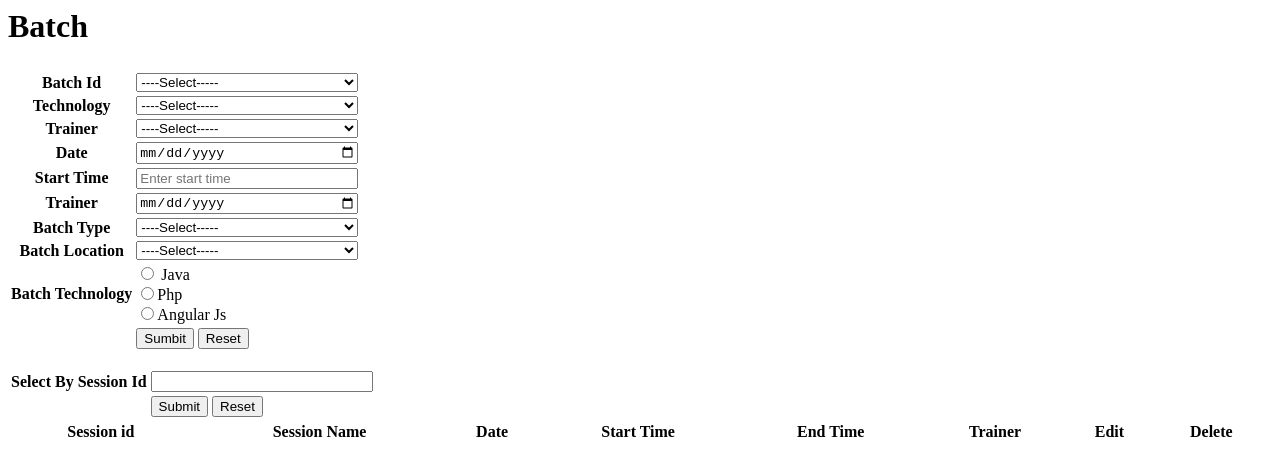
Repository: Dipak27/Dipak-s-front-end
Page: http://localhost/Traning_Management/sessioncreate.jsp
An editor plug-in stored every save of this project. The page is shown before and after the next save, followed by the edit.
The browser window is 1280 px wide. The pictures show the whole page.
The page is served by Tomcat 9. Other server files are loaded and not shown.

Above is the page before, as saved 2016-11-10 03:58:21.
Console error: ReferenceError: mainApp is not defined

### Training Management Project/Traning_Management/src/main/webapp/sessioncreate.jsp
	<!-- CONTENTS START -->

	<script>
	mainApp.controller('myCtrl', function($scope, $http) {
		$scope.msg="hello";
		$scope.employee={empId:null,empEmailId:"",empName:"",empLocation:""};
		$scope.fetchData=function()
		{
			 $http.get("http://localhost:8808/TrainingManagementSystem/employee/list")
			  .then(function(response) {
				  alert("response called...");
			      $scope.myWelcome = response.data;
			  });
		}
		 $scope.myMethod=function(){
			alert("method called...");
			 $http.post("http://localhost:8808/TrainingManagementSystem/employee/create/",$scope.employee)
			  .then(function(response) {
				  alert("response called...");
				  $scope.fetchData();
			      $scope.myWelcome = response.data;
			  });
		}


	});

	</script>
		<div class="container_24">
			<div class="grid_24">

				<div class="contents">

					<div class="padding_20">
						<h1>Batch</h1>
					</div>
						<div class="grid_6 alpha">

								<div class="padding_20 text-justify" ng-controller="">
									<form ng-submit="myMethod()">
									<table class="form-table" style="width:auto">
										<tr>
                        						<td><input type="hidden" ng-model="batch.batchId"></td>
                        					</tr>
                        					<tr>
												<th>
														Batch Id
												</th>
												<td>
													<select id="select1"  class="validate[required]" ng-model="employee.empLocation" style="width:120%"  >
													<option value="null">----Select-----</option>
                                        			<option value="Technical">Technical</option>
                                        			<option value="softskill">Soft Skill</option>
                                        			</select>												</td>

											</tr>

												<tr>
												<th>
														Technology
												</th>
												<td>
													<select id="select1"  class="validate[required]" ng-model="employee.empLocation" style="width:120%"  >
													<option value="null">----Select-----</option>
                                        			<option value="Technical">Technical</option>
                                        			<option value="softskill">Soft Skill</option>
                                        			</select>											</td>

											</tr>
												<tr>
												<th>
														Trainer
												</th>
												<td>
													<select id="select1"  class="validate[required]" ng-model="employee.empLocation" style="width:120%"  >
													<option value="null">----Select-----</option>
                                        			<option value="Technical">Technical</option>
                                        			<option value="softskill">Soft Skill</option>

													</select>
												</td>

											</tr>

												<tr>
												<th>
														Date
												</th>
												<td>
													<input id="batchenddate" type="date"  class="validate[required]" ng-model="employee.empEmailId" style="width:120%" placeholder="Enter new email id" value=""  />
												</td>

											</tr>
												<tr>
												<th>
														Start Time
												</th>
												<td>
														<input id="sessionstarttime" type="text"  class="validate[required]" ng-model="" style="width:120%" placeholder="Enter start time" value=""  />

												</td>

											</tr>
												<tr>
												<th>
														Trainer
												</th>
												<td>
													<input id="batchenddate" type="date"  class="validate[required]" ng-model="employee.empEmailId" style="width:120%" placeholder="Enter new email id" value=""  />
												</td>

											</tr>

										<tr>
											<th>
												Batch Type
											</th>
											<td>
												<select id="select1"  class="validate[required]" ng-model="employee.empLocation" style="width:120%"  >
													<option value="null">----Select-----</option>
                                        			<option value="Technical">Technical</option>
                                        			<option value="softskill">Soft Skill</option>

												</select>
											</td>
										</tr>
										<tr>
											<th>
												Batch Location
											</th>
											<td>
												<select id="select1"  class="validate[required]" ng-model="employee.empLocation" style="width:120%"  >
													<option value="null">----Select-----</option>
                                        			<option value="pune">Pune</option>
                                        			<option value="hyderabad">Hyderabad</option>
                                        			<option value="gandhinagar">Gandinagar</option>

												</select>
											</td>
										</tr>
										<tr>
												<th>
														Batch Technology
												</th>
												<td>
													<input type="radio" name="technology" value="java"> Java<br>
  													<input type="radio" name="technology" value="php">Php<br>
  													<input type="radio" name="technology" value="angularjs">Angular Js<br>
												</td>

											</tr>
										<tr>
											<th>
												&nbsp;
											</th>
											<td>
												<input id="Submit1" type="submit" value="Sumbit"  />
												<input id="Reset1" type="reset" value="Reset" onclick="this.form.clear();" />
											</td>
										</tr>

									</table>
								</form>
							</div>

						</div>

						<div class="grid_28 omega">

							<div class="padding_20 text-justify" ng-controller="">
								<form id="frmMain"  class="frmMain" action="#" method="post">
									<table class="form-table" style="width:auto">

											<tr>
												<th>
													Select By Session Id
												</th>
												<td><input type="text" class="validate[required]" name="title" style="width:120%" value=""></td>

											</tr>

										<tr>
											<th>
												&nbsp;
											</th>
											<td>
												<input id= "Submit1" type="submit" value="Submit"/>
												<input id="Reset1" type="reset" value="Reset" onclick="this.form.clear();" />
										</td>
										</tr>


												<table border='0' width='100%' class='table11'>
												<tr>
														<th>Session id</th>
														<th>Session Name</th>
														<th>Date</th>
														<th>Start Time</th>
														<th>End Time</th>
														<th>Trainer</th>
														<th>Edit</th>
														<th>Delete</th>

												</tr>


													<tr>

														<td></td>
														<td></td>
														<td></td>
														<td></td>
														<td></td>
														<td></td>


														</tr>

												     </table>

												<script type='text/javascript'>alert('Records Not Found')</script>

									</table>
								</form>
							</div>

						</div>


					<div class="clear"></div>
				</div>
			</div>
		</div>
		<div class="clear"> </div>

		<!-- CONTENTS END -->

After the next save:
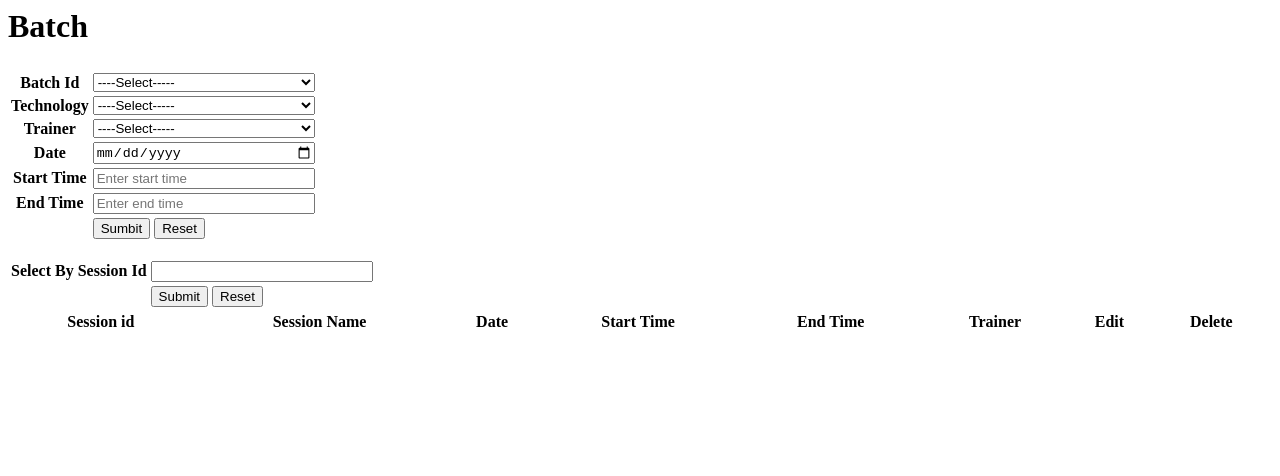
Saved 108 s later.
--- a/Training Management Project/Traning_Management/src/main/webapp/sessioncreate.jsp
+++ b/Training Management Project/Traning_Management/src/main/webapp/sessioncreate.jsp
@@ -47,10 +47,9 @@
 														Batch Id
 												</th>
 												<td>
-													<select id="select1"  class="validate[required]" ng-model="employee.empLocation" style="width:120%"  >
+													<select id="select1"  class="validate[required]" ng-model="" style="width:120%"  >
 													<option value="null">----Select-----</option>
-                                        			<option value="Technical">Technical</option>
-                                        			<option value="softskill">Soft Skill</option>
+
                                         			</select>												</td>
 
 											</tr>
@@ -60,10 +59,8 @@
 														Technology
 												</th>
 												<td>
-													<select id="select1"  class="validate[required]" ng-model="employee.empLocation" style="width:120%"  >
+													<select id="select1"  class="validate[required]" ng-model="" style="width:120%"  >
 													<option value="null">----Select-----</option>
-                                        			<option value="Technical">Technical</option>
-                                        			<option value="softskill">Soft Skill</option>
                                         			</select>											</td>
 
 											</tr>
@@ -72,10 +69,8 @@
 														Trainer
 												</th>
 												<td>
-													<select id="select1"  class="validate[required]" ng-model="employee.empLocation" style="width:120%"  >
+													<select id="select1"  class="validate[required]" ng-model="" style="width:120%"  >
 													<option value="null">----Select-----</option>
-                                        			<option value="Technical">Technical</option>
-                                        			<option value="softskill">Soft Skill</option>
 
 													</select>
 												</td>
@@ -87,7 +82,7 @@
 														Date
 												</th>
 												<td>
-													<input id="batchenddate" type="date"  class="validate[required]" ng-model="employee.empEmailId" style="width:120%" placeholder="Enter new email id" value=""  />
+													<input id="sessiondate" type="date"  class="validate[required]" ng-model="" style="width:120%" placeholder="Enter new email id" value=""  />
 												</td>
 
 											</tr>
@@ -101,54 +96,18 @@
 												</td>
 
 											</tr>
+
 												<tr>
 												<th>
-														Trainer
+														End Time
 												</th>
 												<td>
-													<input id="batchenddate" type="date"  class="validate[required]" ng-model="employee.empEmailId" style="width:120%" placeholder="Enter new email id" value=""  />
+														<input id="sessionendtime" type="text"  class="validate[required]" ng-model="" style="width:120%" placeholder="Enter end time" value=""  />
+
 												</td>
 
 											</tr>
 
-										<tr>
-											<th>
-												Batch Type
-											</th>
-											<td>
-												<select id="select1"  class="validate[required]" ng-model="employee.empLocation" style="width:120%"  >
-													<option value="null">----Select-----</option>
-                                        			<option value="Technical">Technical</option>
-                                        			<option value="softskill">Soft Skill</option>
-
-												</select>
-											</td>
-										</tr>
-										<tr>
-											<th>
-												Batch Location
-											</th>
-											<td>
-												<select id="select1"  class="validate[required]" ng-model="employee.empLocation" style="width:120%"  >
-													<option value="null">----Select-----</option>
-                                        			<option value="pune">Pune</option>
-                                        			<option value="hyderabad">Hyderabad</option>
-                                        			<option value="gandhinagar">Gandinagar</option>
-
-												</select>
-											</td>
-										</tr>
-										<tr>
-												<th>
-														Batch Technology
-												</th>
-												<td>
-													<input type="radio" name="technology" value="java"> Java<br>
-  													<input type="radio" name="technology" value="php">Php<br>
-  													<input type="radio" name="technology" value="angularjs">Angular Js<br>
-												</td>
-
-											</tr>
 										<tr>
 											<th>
 												&nbsp;
